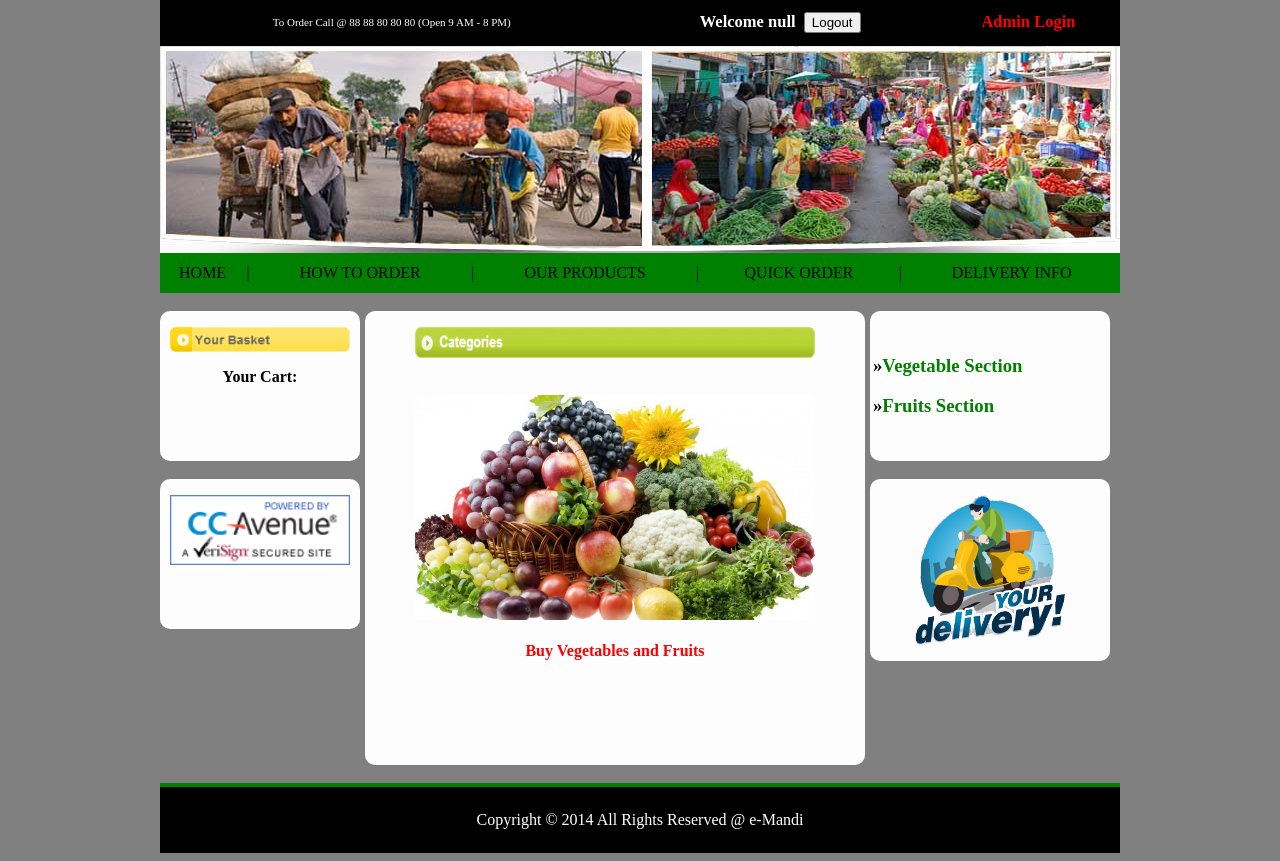
Repository: aashi12/e_mandi
Page: http://localhost/e_mandi/SuccessLogin.jsp
An editor plug-in stored every save of this project. The page is shown before and after the next save, followed by the edit.
The browser window is 1280 px wide. The pictures show the whole page.
The page is served by Tomcat 9. Other server files are loaded and not shown.

Above is the page before, as saved 2014-04-18 12:37:21.

### e_mandi/WebContent/SuccessLogin.jsp
<%@ page language="java" contentType="text/html; charset=ISO-8859-1"
    pageEncoding="ISO-8859-1"%>
<!DOCTYPE html PUBLIC "-//W3C//DTD HTML 4.01 Transitional//EN" "http://www.w3.org/TR/html4/loose.dtd">
<html>
<head>
<meta http-equiv="Content-Type" content="text/html; charset=ISO-8859-1">
<title>Online e-Mandi</title>
<link rel="stylesheet" href="style.css" />
</head>
<body bgcolor="gray">
<div id="container">
<div id="main">
<table border="0" width="960" height="255" cellspacing="0" cellpadding="0">
<tr>
<td height="30" bgcolor="black" class="order">
<table border="0" width="960" height="30" cellspacing="0" cellpadding="0">
<tr>
<td align="center"><p>To Order Call @ 88 88 80 80 80 (Open 9 AM - 8 PM)</p></td>
<td align="center">
<!-- user login details -->
<%
String usd =(String)session.getAttribute("user");
out.print("<h2>Welcome "+usd); %>&nbsp;
<a href="Logout1"><input type="button" value="Logout"></a></h2> </td>
<td align="center"><h2 class="admin"><a href="#">Admin Login</a></h2></td>
</tr></table></td>
</tr>
<tr>
<td class="bann">
<!--  banner    -->
</td>

</tr>
</table>
<table border="0" width="960" height="40" cellspacing="0" cellpadding="0">
<tr bgcolor="green">
<td align="center" class="tab"><a href="SuccessLogin.jsp">HOME</a></td>
<td align="center" class="tab">|</td>
<td align="center" class="tab"><a href="#">HOW TO ORDER</a></td>
<td align="center" class="tab">|</td>
<td align="center" class="tab"><a href="#">OUR PRODUCTS</a></td>
<td align="center" class="tab">|</td>
<td align="center" class="tab"><a href="#">QUICK ORDER</a></td>
<td align="center" class="tab">|</td>
<td align="center" class="tab"><a href="#">DELIVERY INFO</a></td>
</tr>
</table>
<br/>
<table border="0" width="960" height="auto" cellspacing="0" cellpadding="0">
<tr>
<td width="200" valign="top">
<table class="basket" width="200" height="150" cellspacing="0" cellpadding="0" bgcolor="#fefdfd">
<tr>
<td align="center" valign="top">
<p><img src="images/basket.png" width="180"/></p>
<p class="bask"><b>Your Cart:</b></p>
<!--
<p>Item Selected = <% Integer a=(Integer)session.getAttribute("count");
if(a==null)
	 {
		 a=new Integer(0);

	 }

%> <%= a.intValue() %></p>
<p>Total Order Rs. = <%   Integer amu=(Integer)session.getAttribute("amount");
if(amu==null)
	 {
		 amu=new Integer(0);

	 }
%>
<%= amu %>
</p>
-->
</td>
</tr>
</table>
&nbsp;
<table class="basket" width="200" height="150" cellspacing="0" cellpadding="0" bgcolor="#fefdfd">
<tr>
<td align="center" valign="top">
<p><img src="images/ccav.gif" width="180"/></p>
</td>
</tr>
</table>
</td>
<td width="560" align="center" valign="top">
<table class="basket" border="0" width="500" height="150" cellspacing="0" cellpadding="0" bgcolor="#fefdfd">
<tr>
<td align="center" valign="top">
<p><img class="bask" src="images/cate.png" width="400" height="31"/></p>
<table border="0" width="400" cellspacing="20">
<tr>
<td><a href="vegitable.jsp"><img src="images/veg.jpg" width="400"/></a></td>
</tr>
<tr>
<td align="center" class="cat"><b><a href="vegitable.jsp">Buy Vegetables and Fruits</a></b></td>
</tr>
</table>
<p>&nbsp;</p><p>&nbsp;</p>
</td>
</tr>
</table>
</td>
<td width="300" valign="top">
<table border="0" class="basket" width="200" height="150" cellspacing="0" cellpadding="0" bgcolor="#fefdfd">
<tr>
<td align="center">


<table width="240">
<tr>
<td>
<h3 class="section">&#187;<a href="vegitable.jsp">Vegetable Section</a></h3>
<h3 class="section">&#187;<a href="fruits.jsp">Fruits Section</a></h3>
</td>
</tr>
</table>

</td>
</tr>
</table>
&nbsp;
<table border="0" class="basket" width="240" height="150" cellspacing="0" cellpadding="0" bgcolor="#fefdfd">
<tr>
<td align="center">
<p><img src="images/free.png" width="150" height="150" /></p>
</td>
</tr>
</table>
</td>
</tr>
</table>
&nbsp;
<table border="0" width="960" height="70" cellspacing="0" cellpadding="0">
<tr>
<td height="4" bgcolor="green"></td>
</tr>
<tr>
<td height="65" bgcolor="black" align="center" class="foot">
<p>Copyright &copy; 2014 All Rights Reserved @ e-Mandi</p>
</td>
</tr>
</table>
</div>
</div>
</body>
</html>

### e_mandi/WebContent/style.css
#container{margin-top:-10px;}
#main{margin: 0px auto;width:960px;}
.tab{color:#000;text-decoration:none;}
.tab a{color:#000;text-decoration:none;}
.tab a:hover{color:#fff;text-decoration:none;}
.tab12{color:#fff;text-decoration:none;}
.tab12 a{color:#fff;text-decoration:none;}
.tab12 a:hover{color:red;text-decoration:none;}
.bann{background-image: url(images/header.jpg);}
.order{color:#fff; font-size:11px;}
.free{padding-left:400px;}
.logo{padding-bottom:50px;}
.basket{border-radius:10px;}
.foot{color:#fff;}
.cat{color:#000;text-decoration:none;}
.cat a{color:red;text-decoration:none;}
.cat a:hover{color:green;text-decoration:none;}
.admin{color:red;text-decoration:none; }
.admin a{color:red; text-decoration:none;}
.admin a:hover{color:#fff;text-decoration:none; }
#con1{padding-left:20px;padding-right:20px;}
img{border:none;}
a{text-decoration:none;}
.log a{text-decoration:none;}
.section a{color:green;text-decoration:none;}
.section a:hover{color:red;text-decoration:none;}
.quick{color:green;text-decoration:underline;}
#login
{
	text-align:center;

}

After the next save:
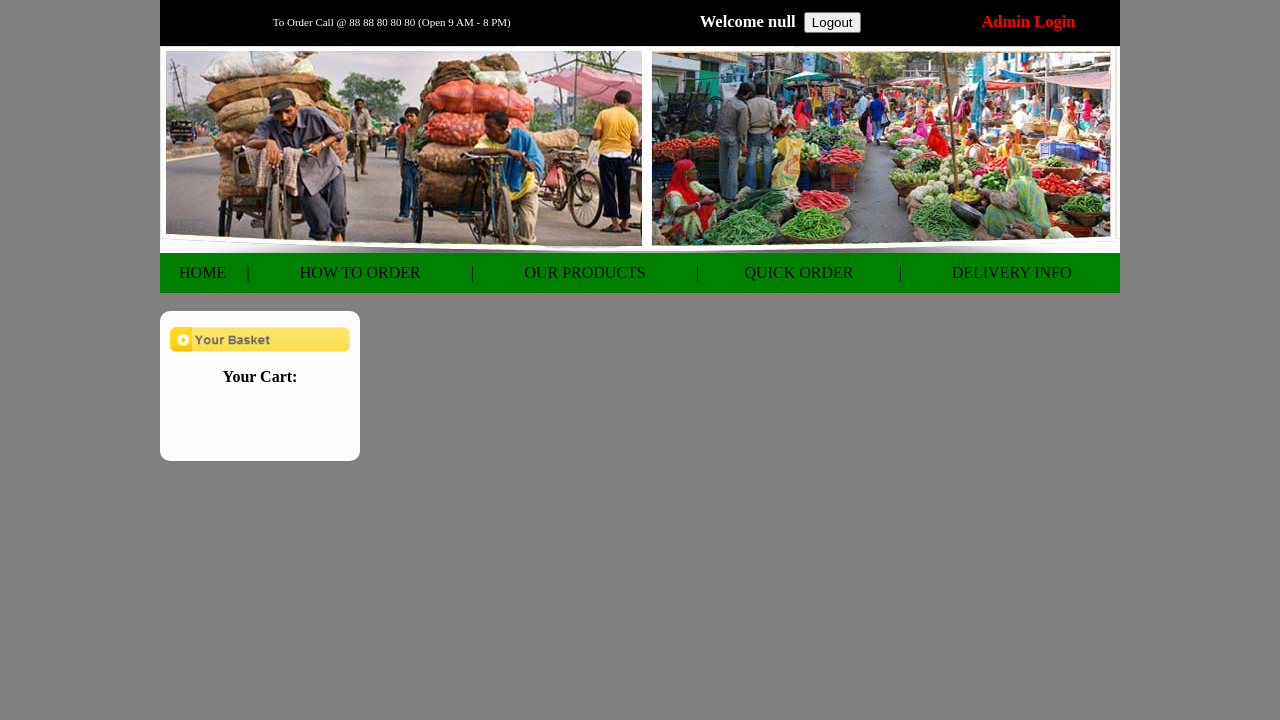
Saved 54 s later.
--- a/e_mandi/WebContent/SuccessLogin.jsp
+++ b/e_mandi/WebContent/SuccessLogin.jsp
@@ -72,7 +72,7 @@ if(amu==null)
 %>
 <%= amu %>
 </p>
--->
+
 </td>
 </tr>
 </table>

After the save that followed:
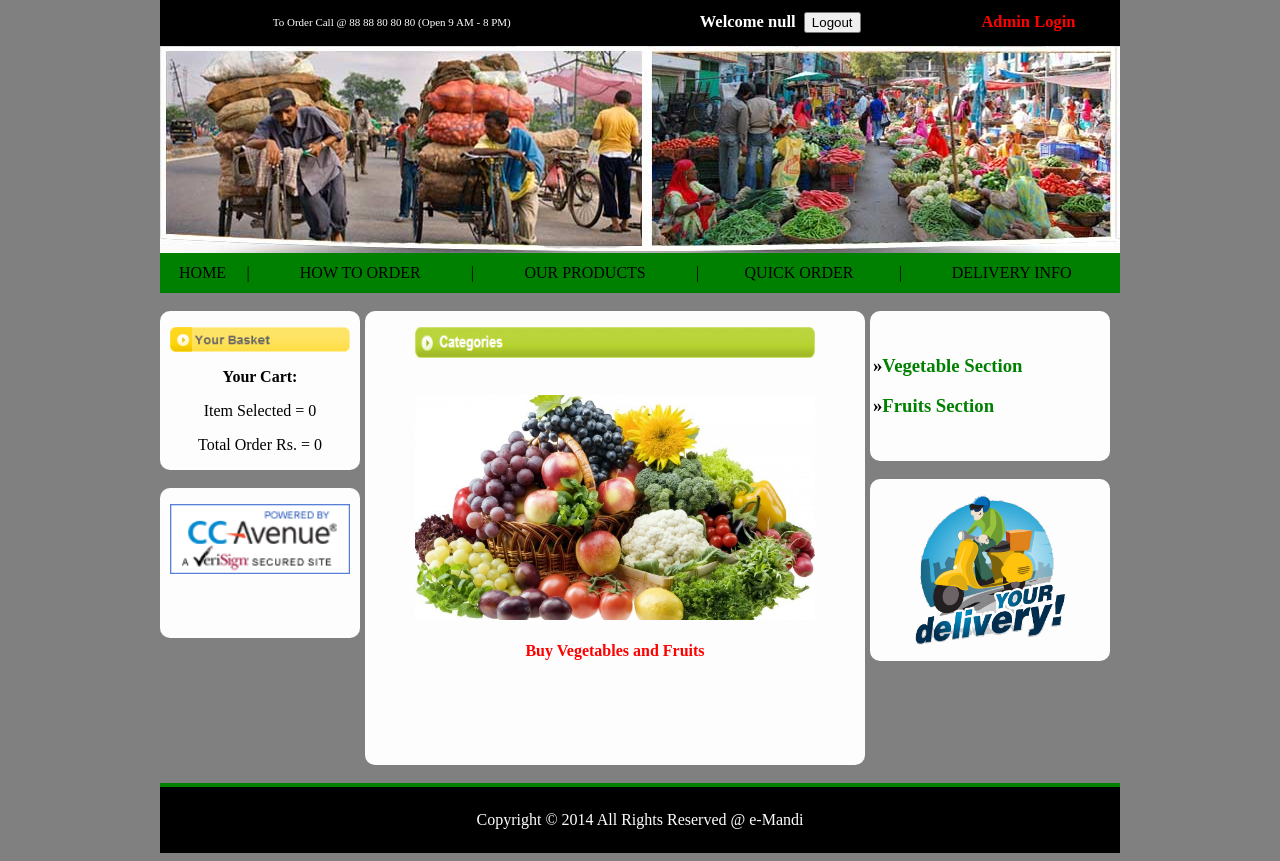
Saved 90 s later.
--- a/e_mandi/WebContent/SuccessLogin.jsp
+++ b/e_mandi/WebContent/SuccessLogin.jsp
@@ -54,7 +54,7 @@ out.print("<h2>Welcome "+usd); %>&nbsp;
 <td align="center" valign="top">
 <p><img src="images/basket.png" width="180"/></p>
 <p class="bask"><b>Your Cart:</b></p>
-<!--
+
 <p>Item Selected = <% Integer a=(Integer)session.getAttribute("count");
 if(a==null)
 	 {
